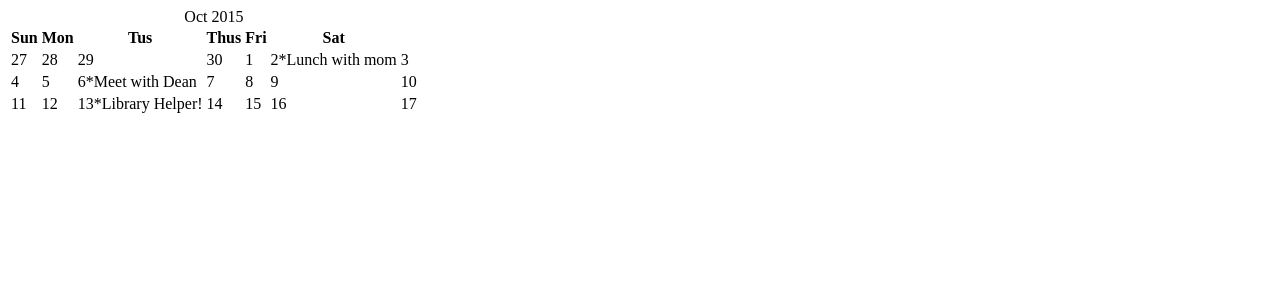
Repository: Tram-anh99/Blockchain_Funix
Page: CSS/lich.html
The author's editor kept a copy of each file at every save. The page is drawn from the files as they stood at one save, then again after a run of saves.
The browser window is 1280 px wide. The pictures show the whole page.

Above is the page before, as saved 2023-02-28 01:18:53.

### CSS/lich.html
<!DOCTYPE html>
<html lang="en">
<head>
      <meta charset="UTF-8">
      <meta http-equiv="X-UA-Compatible" content="IE=edge">
      <meta name="viewport" content="width=device-width, initial-scale=1.0">
      <title>Calendar Table</title>
      <link rel="stylesheet" href="lich.css">
</head>
<body>
      <table class="cal"><caption>
            Oct 2015
      </caption>
      <!-- in đậm dòng -->
<thead>
      <!-- Dòng -->
      <tr>
            <th>Sun</th>
            <th>Mon</th>
            <th>Tus</th>
            <th>Thus</th>
            <th>Fri</th>
            <th>Sat</th>
      </tr>
</thead>
<!-- Phần thân -->
<tbody>
      <!-- Dòng -->
      <tr>
            <td class="old">27</td>
            <td class="old">28</td>
            <td class="old">29</td>
            <td class="old">30</td>
            <td>1</td>
            <td>2*<span>Lunch with mom</span></td>
            <td>3</td>
      </tr>
      <tr>
            <td>4</td>
            <td>5</td>
            <td>6*<span>Meet with Dean</span></td>
            <td>7</td>
            <td>8</td>
            <td>9</td>
            <td>10</td>
      </tr>
      <tr>
            <td>11</td>
            <td>12</td>
            <td>13*<span>Library Helper!</span></td>
            <td>14</td>
            <td>15</td>
            <td>16</td>
            <td>17</td>
      </tr>
      <tr>
            <td></td>
            <td></td>
            <td></td>
            <td></td>
            <td></td>
            <td></td>
            <td></td>
      </tr>
</tbody>
</table>
</body>
</html>

Loaded but not shown: CSS/lich.css (no copy from this time; the picture is the same without it)

After the next 7 saves:
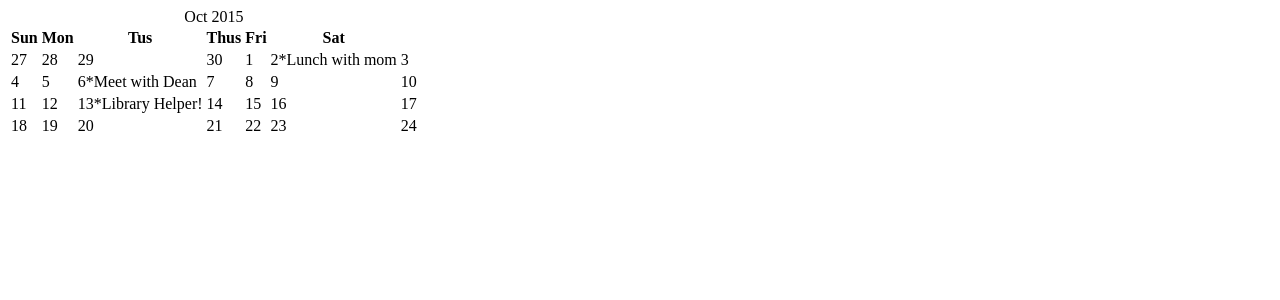
The 7 saves are shown as one change because they came seconds apart.
The last was saved 24 s later.
--- a/CSS/lich.html
+++ b/CSS/lich.html
@@ -54,13 +54,16 @@
             <td>17</td>
       </tr>
       <tr>
-            <td></td>
-            <td></td>
-            <td></td>
-            <td></td>
-            <td></td>
-            <td></td>
-            <td></td>
+            <td>18</td>
+            <td>19</td>
+            <td>20</td>
+            <td>21</td>
+            <td>22</td>
+            <td>23</td>
+            <td>24</td>
+      </tr>
+      <tr>
+
       </tr>
 </tbody>
 </table>
